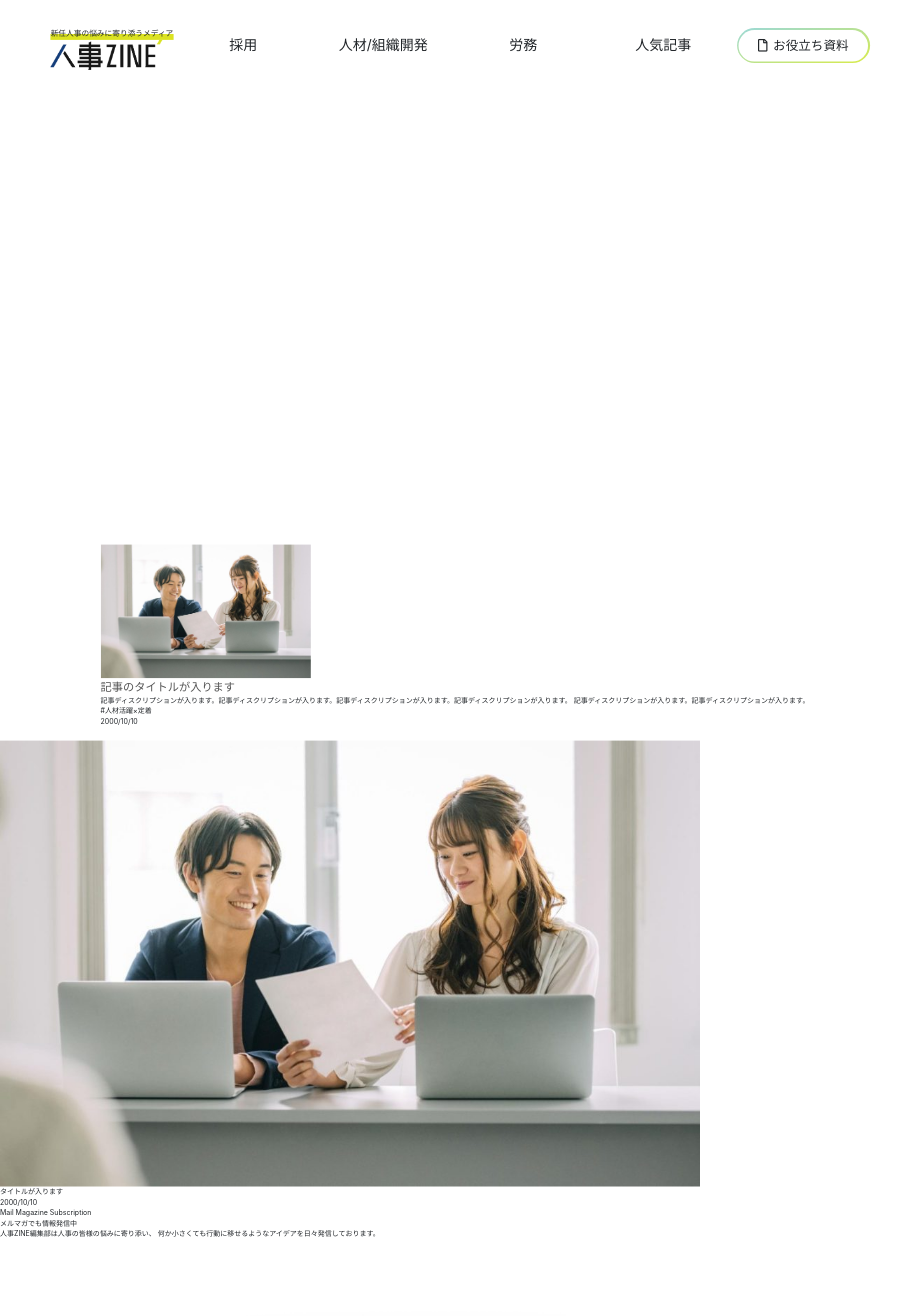
Repository: daisukey623/WpPractice
Page: http://localhost/index.html
The author's editor kept a copy of each file at every save. The page is drawn from the files as they stood at one save, then again after a run of saves.
The browser window is 1280 px wide. The page is 1290 px wide, so the pictures cover 1290 px, including what lies to the right of the window. The pictures show the part of the page from y = 0 to 1880 px (the page is 3315 px tall before and 3124 px after), at 70% of full size.
Some web libraries are served in a nearby version. The page is run by PHP 8.4 with error messages shown; the project is at /var/www/html/. Style sheets and scripts are compiled from the project's sources, by tool versions that may differ from the author's.

Above is the page before, as saved 2021-09-25 14:34:53.

After the next 2 saves:
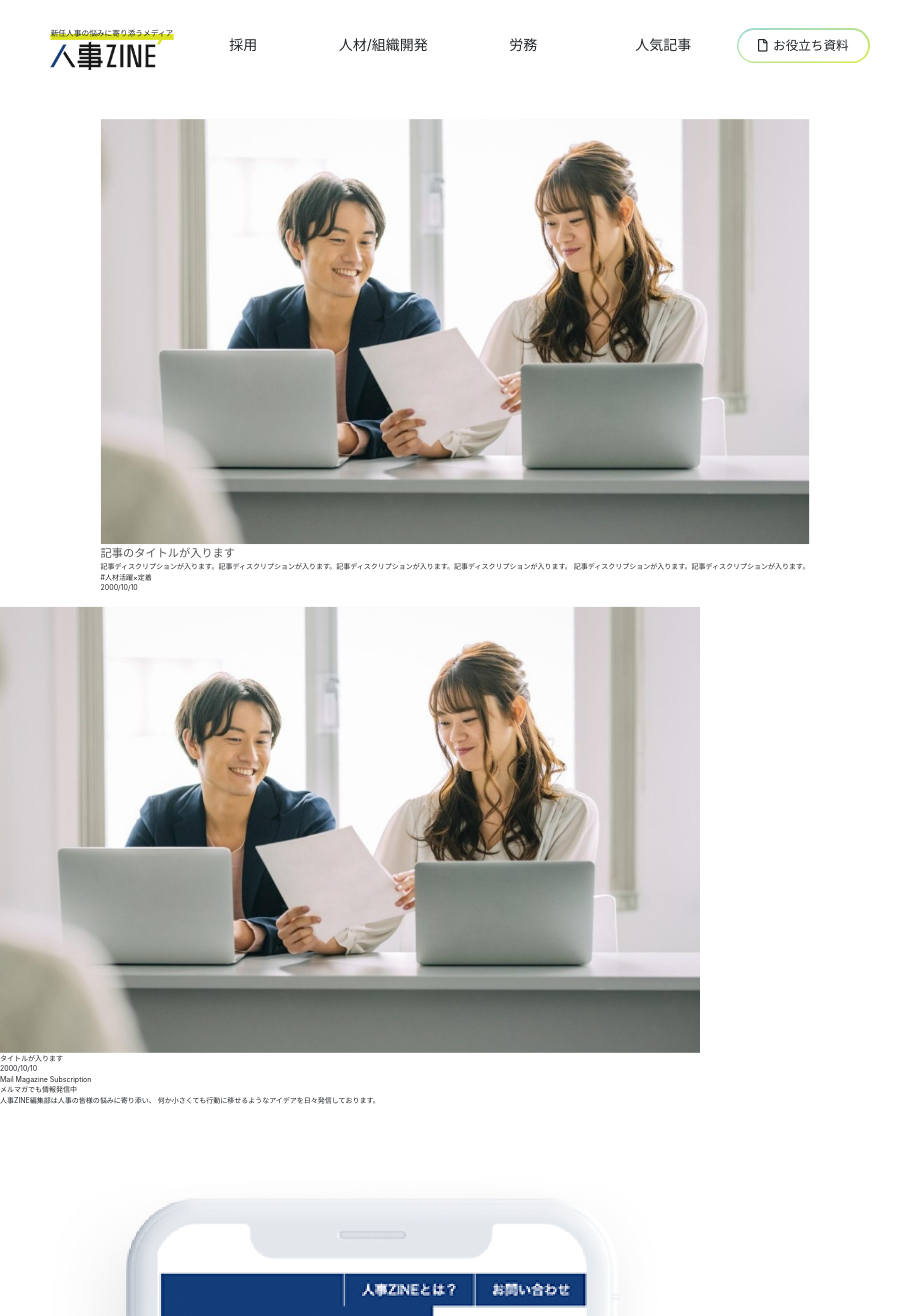
The 2 saves are shown as one change because they came seconds apart.
The last was saved 11 s later.
--- a/scss/_archive.scss
+++ b/scss/_archive.scss
@@ -12,8 +12,12 @@
     overflow: hidden;
     padding-top: 60%; /* 比率 */
     &-img {
-      width: 300px;
-      height: auto;
+      position: absolute;
+      top: 50%;
+      left: 50%;
+      transform: translate(-50%, -50%);
+      width: 100%;
+      height: 100%;
       object-fit: cover;
     }
   }
